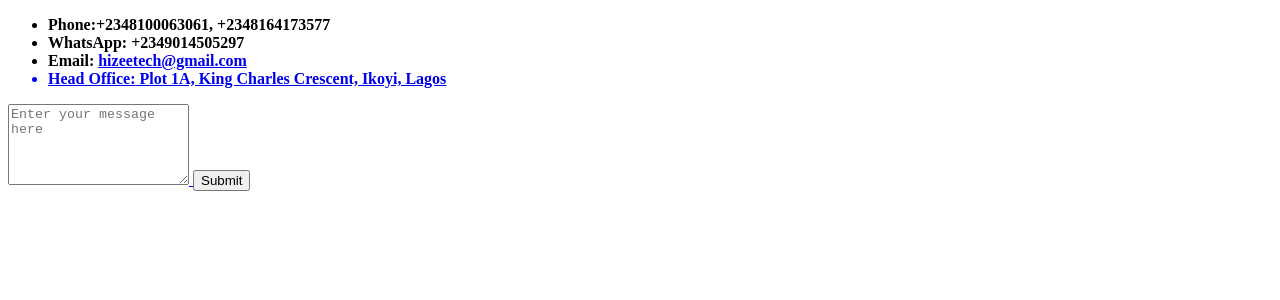
Repository: hizeetech/First-Assignment
Page: contact_us.html
The author's editor kept a copy of each file at every save. The page is drawn from the files as they stood at one save, then again after the next save.
The browser window is 1280 px wide. The pictures show the whole page.

Above is the page before, as saved 2024-11-09 01:21:43.

### contact_us.html
<!-- contact_us.html -->
<!DOCTYPE html>
<html lang="en">
  <head>
    <meta charset="UTF-8" />
    <meta name="viewport" content="width=device-width, initial-scale=1.0" />
    <title>Contact Us</title>
  </head>
  <body>
        <p>
            <ul>
                <li><strong>Phone:+2348100063061, +2348164173577</li>
                <li><strong>WhatsApp:</strong> +2349014505297</li>
                <li><strong>Email:</strong>
                    <a href="mailto:hizeetech@gmail.com">hizeetech@gmail.com</li>
                <li><strong>Head Office:</strong> Plot 1A, King Charles Crescent, Ikoyi, Lagos</li>
            </ul>
        </p>

    <form action="#" method="post">
      <textarea
        class="message-box"
        name="message"
        placeholder="Enter your message here"
        rows="5"
        required
      ></textarea>
      <button type="submit" class="submit-btn">Submit</button>
    </form>
  </body>
</html>

After the next save:
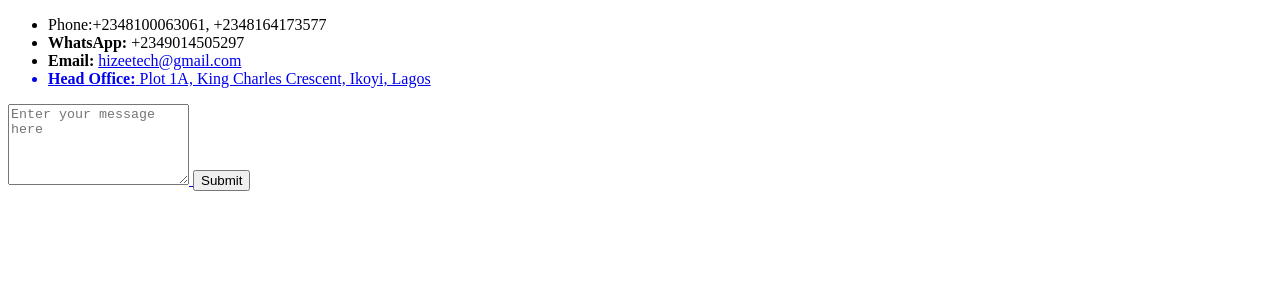
Saved 5 s later.
--- a/contact_us.html
+++ b/contact_us.html
@@ -9,7 +9,7 @@
   <body>
         <p>
             <ul>
-                <li><strong>Phone:+2348100063061, +2348164173577</li>
+                <li>Phone:+2348100063061, +2348164173577</li>
                 <li><strong>WhatsApp:</strong> +2349014505297</li>
                 <li><strong>Email:</strong>
                     <a href="mailto:hizeetech@gmail.com">hizeetech@gmail.com</li>
